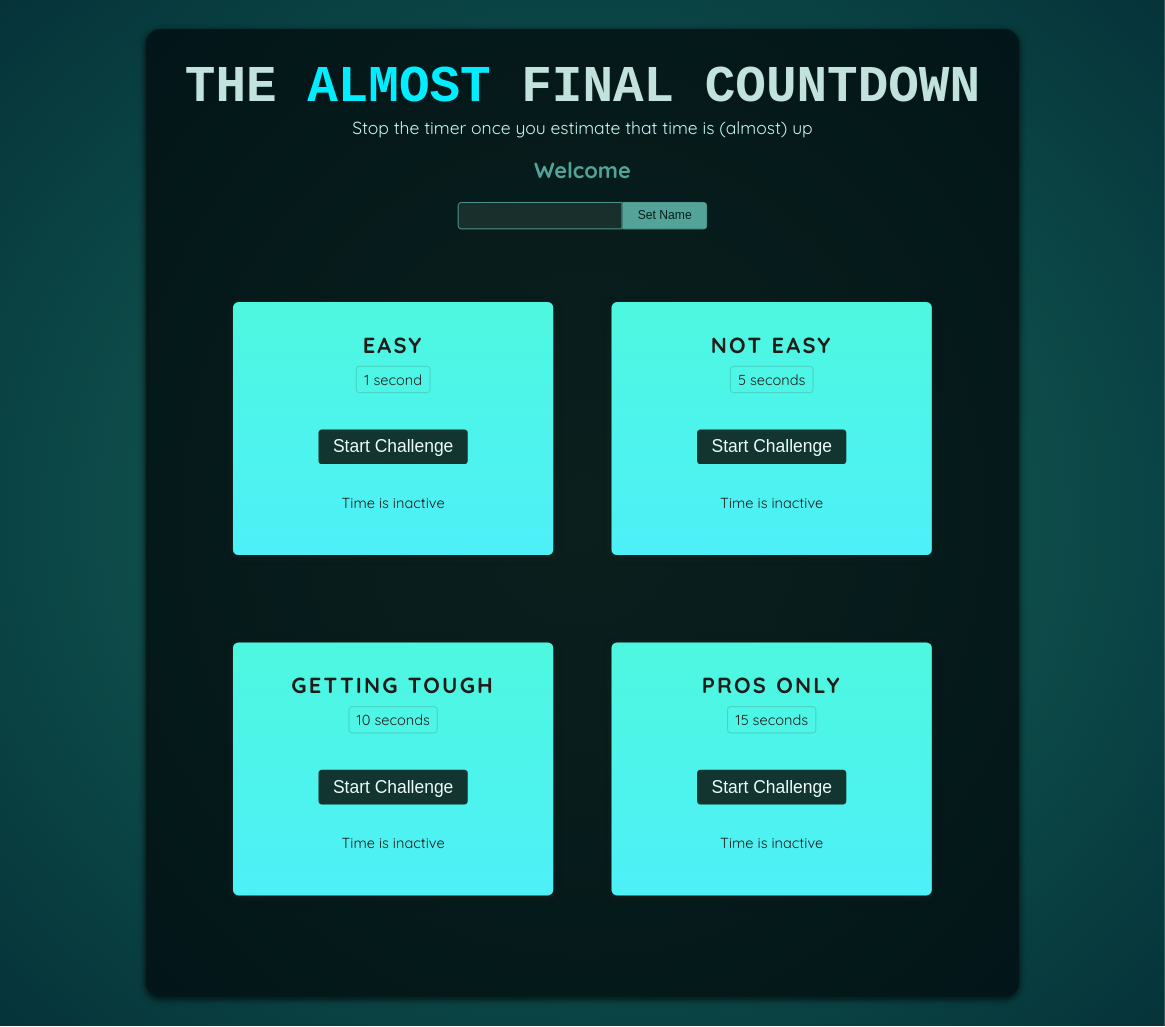
Repository: theshariqueanwer/reactjsts
Page: / (app in react-refs-and-portals/)
The author's editor kept a copy of each file at every save. The page is drawn from the files as they stood at one save, then again after the next save.
The browser window is 1280 px wide. The pictures show the whole page, at 91% of full size.
Some web fonts or font styles are not loaded; a fallback is used. The project was rebuilt for these pictures with package versions that can differ from the ones it lists, and the page was loaded fresh each time. Also part of the build but not shown: react-refs-and-portals/vite.config.js, react-refs-and-portals/src/components/Player.jsx, react-refs-and-portals/src/components/PlayerWithRefWithoutState.jsx.

Above is the page before, as saved 2024-01-31 01:32:16.

### react-refs-and-portals/src/App.jsx
import Player from './components/Player.jsx';
import PlayerWithRef from './components/PlayerWithRef.jsx';
import PlayerWithRefWithoutState from './components/PlayerWithRefWithoutState.jsx';
import TimerChallenge from './components/TimerChallenge.jsx';

function App() {
  return (
    <>
      {/* <Player /> */}
      <PlayerWithRef />
      {/* <PlayerWithRefWithoutState /> */}
      <div id="challenges">
        <TimerChallenge title="Easy" targetTime={1} />
        <TimerChallenge title="Not Easy" targetTime={5} />
        <TimerChallenge title="Getting Tough" targetTime={10} />
        <TimerChallenge title="Pros Only" targetTime={15} />
      </div>
    </>
  );
}

export default App;

### react-refs-and-portals/src/components/PlayerWithRef.jsx
import { useRef, useState } from "react";

export default function PlayerWithRef() {

  const playerName = useRef();

  const [enteredPlayerName, setEnteredPlayerName] = useState('');

  function handleClick() {
    setEnteredPlayerName(playerName.current.value);
    playerName.current.value= '';
  }

  return (
    <section id="player">
      <h2>Welcome {enteredPlayerName ?? "unknown entity"}</h2>
      <p>
        <input
          type="text"
          ref={playerName}
        />
        <button onClick={handleClick}>Set Name</button>
      </p>
    </section>
  );
}

### react-refs-and-portals/src/components/TimerChallenge.jsx
import { useRef, useState } from "react";
import ResultModal from "./ResultModal";

// let timer;   // here also this is not the solution
// so we can make use of useRef

export default function TimerChallenge({ title, targetTime }) {
  // let timer;   // here also this is not the solution

  const timer = useRef();
  const dialog = useRef();

  const [timerStarted, setTimerStarted] = useState(false);
  const [timerExpired, setTimerExpired] = useState(false);

  function handleStart() {
    // setTimerStarted(true) // we write here or down below

    timer.current = setTimeout(() => {
      setTimerExpired(true);
      dialog.current.showModal();
    }, targetTime * 1000);

    setTimerStarted(true); // we write here or up before
  }

  function handleStop() {
    clearTimeout(timer.current);
  }

  return (
    <>
      {timerExpired && (
        <ResultModal ref={dialog} result="Lost" targetTime={targetTime} />
      )}
      <section className="challenge">
        <h2>{title}</h2>
        {timerExpired && <p>You Lost!</p>}
        <p className="challenge-time">
          {targetTime} second{targetTime > 1 ? "s" : ""}
        </p>
        <p>
          <button onClick={timerStarted ? handleStop : handleStart}>
            {timerStarted ? "Stop" : "Start"} Challenge
          </button>
        </p>
        <p className={timerStarted ? "active" : undefined}>
          {timerStarted ? "Time is Running..." : "Time is inactive"}
        </p>
      </section>
    </>
  );
}

### react-refs-and-portals/src/components/ResultModal.jsx
import { forwardRef } from "react"

const ResultModal = forwardRef( function ResultModal( { result, targetTime}, ref ) {
// const ResultModal = forwardRef( function ResultModal( props, ref ) {
    return (
      <dialog ref={ref} className="result-modal" open>
        <h2>You {result}</h2>
        <p>
          The Target time was <strong>{targetTime} seconds.</strong>
        </p>
        <p>
          You stopped the timer <strong>x seconds left.</strong>
        </p>
        <form method="dialog">
          <button>Close</button>
        </form>
      </dialog>
    );
})

export default ResultModal

Loaded but not shown: react-refs-and-portals/index.html (common file); react-refs-and-portals/src/main.jsx (common file); react-refs-and-portals/src/index.css (common file)

After the next save:
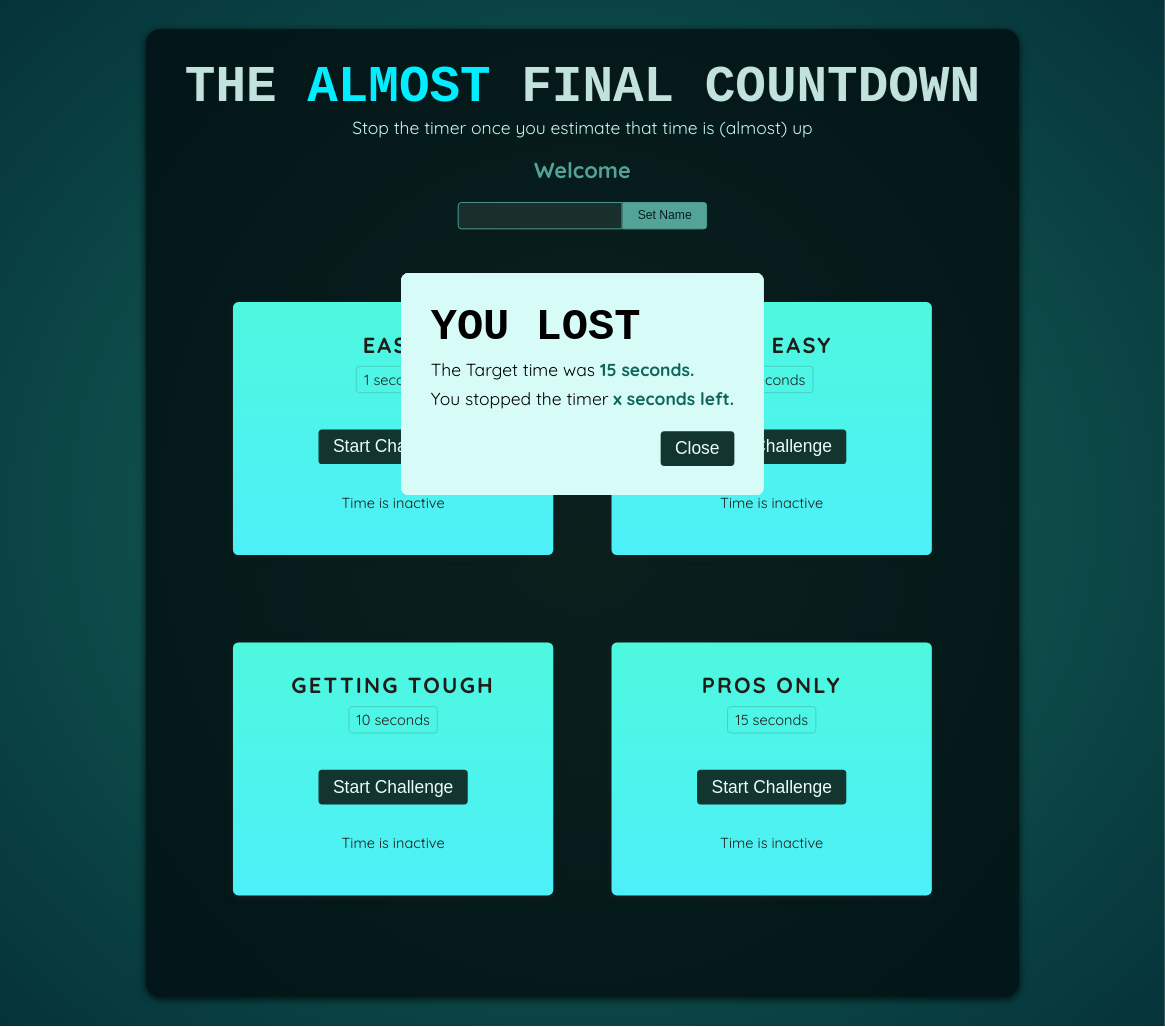
Saved 2 min 39 s later.
--- a/react-refs-and-portals/src/components/TimerChallenge.jsx
+++ b/react-refs-and-portals/src/components/TimerChallenge.jsx
@@ -30,9 +30,10 @@
 
   return (
     <>
-      {timerExpired && (
+      {/* {timerExpired && (
         <ResultModal ref={dialog} result="Lost" targetTime={targetTime} />
-      )}
+      )} */}
+      <ResultModal ref={dialog} result="Lost" targetTime={targetTime} />
       <section className="challenge">
         <h2>{title}</h2>
         {timerExpired && <p>You Lost!</p>}

After the 4 saves that followed:
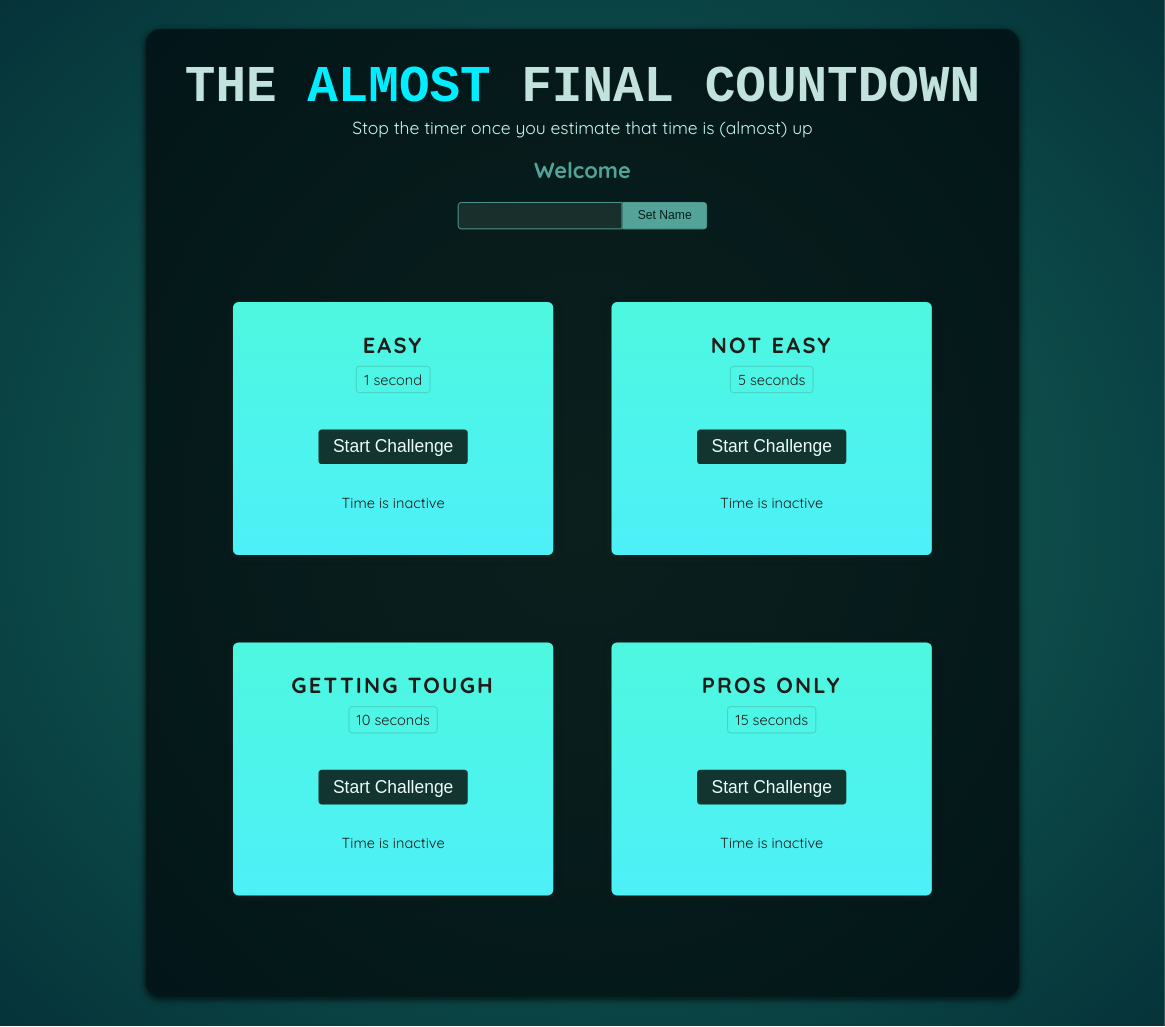
The 4 saves are shown as one change because 3 left the picture as it was.
The last was saved 5 min 52 s later.
--- a/react-refs-and-portals/src/components/TimerChallenge.jsx
+++ b/react-refs-and-portals/src/components/TimerChallenge.jsx
@@ -30,10 +30,14 @@
 
   return (
     <>
+
       {/* {timerExpired && (
-        <ResultModal ref={dialog} result="Lost" targetTime={targetTime} />
+        <Resul
+        tModal ref={dialog} result="Lost" targetTime={targetTime} />
       )} */}
-      <ResultModal ref={dialog} result="Lost" targetTime={targetTime} />
+      {/* <ResultModal ref={dialog} result="Lost" targetTime={targetTime} /> */}
+
+      <ResultModal result="Lost" targetTime={targetTime} ref={dialog} />
       <section className="challenge">
         <h2>{title}</h2>
         {timerExpired && <p>You Lost!</p>}
--- a/react-refs-and-portals/src/components/ResultModal.jsx
+++ b/react-refs-and-portals/src/components/ResultModal.jsx
@@ -3,7 +3,7 @@
 const ResultModal = forwardRef( function ResultModal( { result, targetTime}, ref ) {
 // const ResultModal = forwardRef( function ResultModal( props, ref ) {
     return (
-      <dialog ref={ref} className="result-modal" open>
+      <dialog ref={ref} className="result-modal">
         <h2>You {result}</h2>
         <p>
           The Target time was <strong>{targetTime} seconds.</strong>
